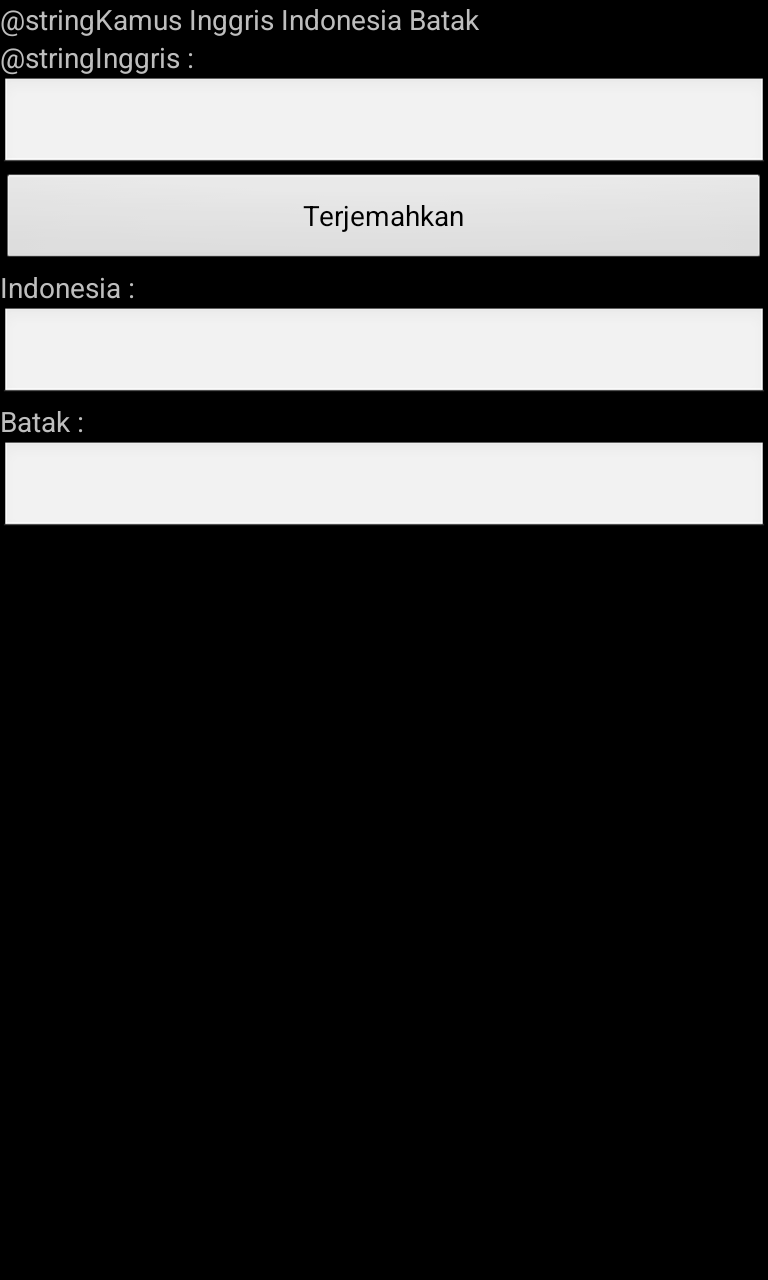
Repository: AndenWano/kamusbahasaindonesia
Layout: KamusKomputer/Kamus/res/layout/activity_show_kamus.xml
An editor plug-in stored every save of this project. The layout is shown before and after the next save, followed by the edit.
It is drawn on a 768 x 1280 px phone screen (xhdpi) without system bars, with theme android:Theme; the app's code is not run.

Above is the layout before, as saved 2014-12-21 10:13:52.

After the next save:
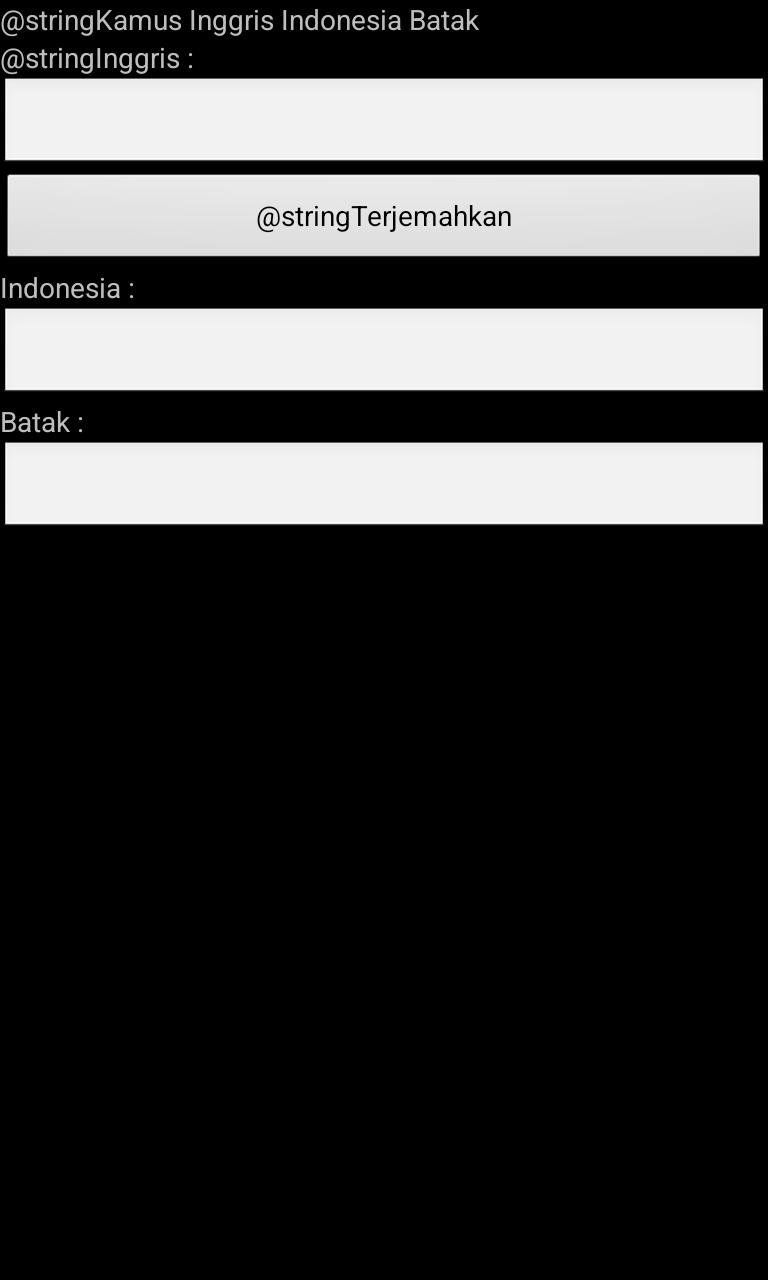
Saved 21 s later.
--- a/KamusKomputer/Kamus/res/layout/activity_show_kamus.xml
+++ b/KamusKomputer/Kamus/res/layout/activity_show_kamus.xml
@@ -23,7 +23,7 @@ android:layout_width="fill_parent"
 android:layout_height="wrap_content"
 />
 <Button
-android:text="Terjemahkan"
+android:text="@stringTerjemahkan"
 android:id="@+id/btnTerjemah"
 android:layout_width="fill_parent"
 android:layout_height="wrap_content"
